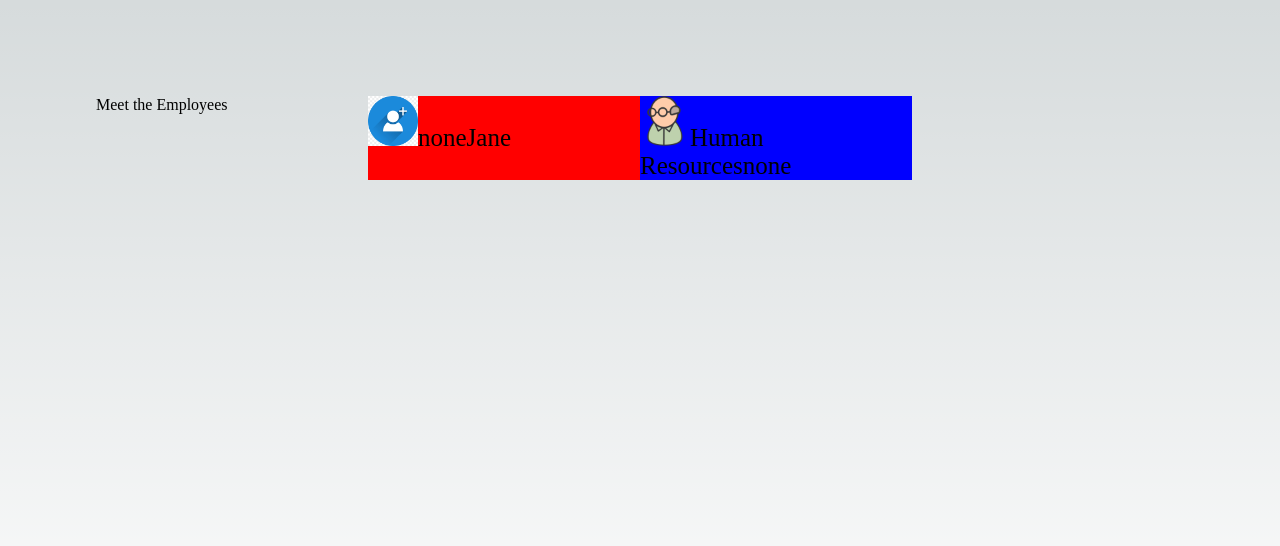
Repository: cheungglenda/MDIA2109-Week3
Page: /about
The author's editor kept a copy of each file at every save. The page is drawn from the files as they stood at one save, then again after the next save.
The browser window is 1280 px wide. The pictures show the whole page.
The project was rebuilt for these pictures with package versions that can differ from the ones it lists, and the page was loaded fresh each time. The framework's server and built-in components were replaced by stand-ins that run in the browser. Also part of the build but not shown: next.config.js.

Above is the page before, as saved 2023-01-19 17:03:09.

After the next save:
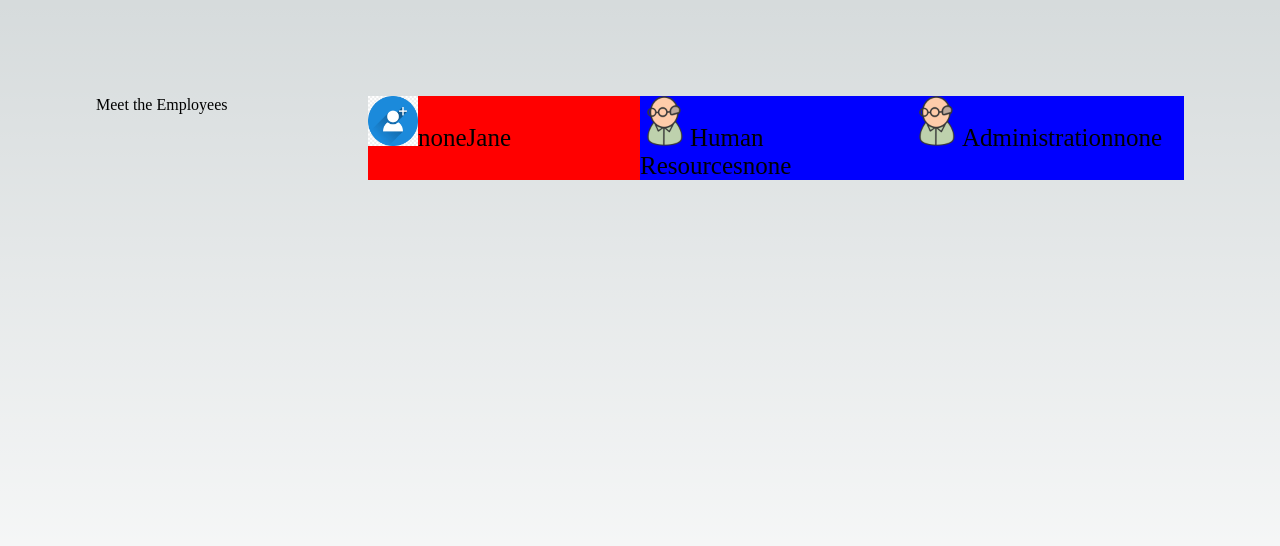
Saved 17 s later.
--- a/pages/about.js
+++ b/pages/about.js
@@ -37,6 +37,14 @@ export default function About() {
             )
           }
           })}
+
+          {aboutEmployees && aboutEmployees.map((info, index) => {
+            if(info.firstName.toLowerCase() === "wendy") {
+            return (
+              <EmployeeCard key={index} department={info.department} color="blue" font="25px"/>
+            )
+          }
+          })}
         </div>
       </main>
     </>
